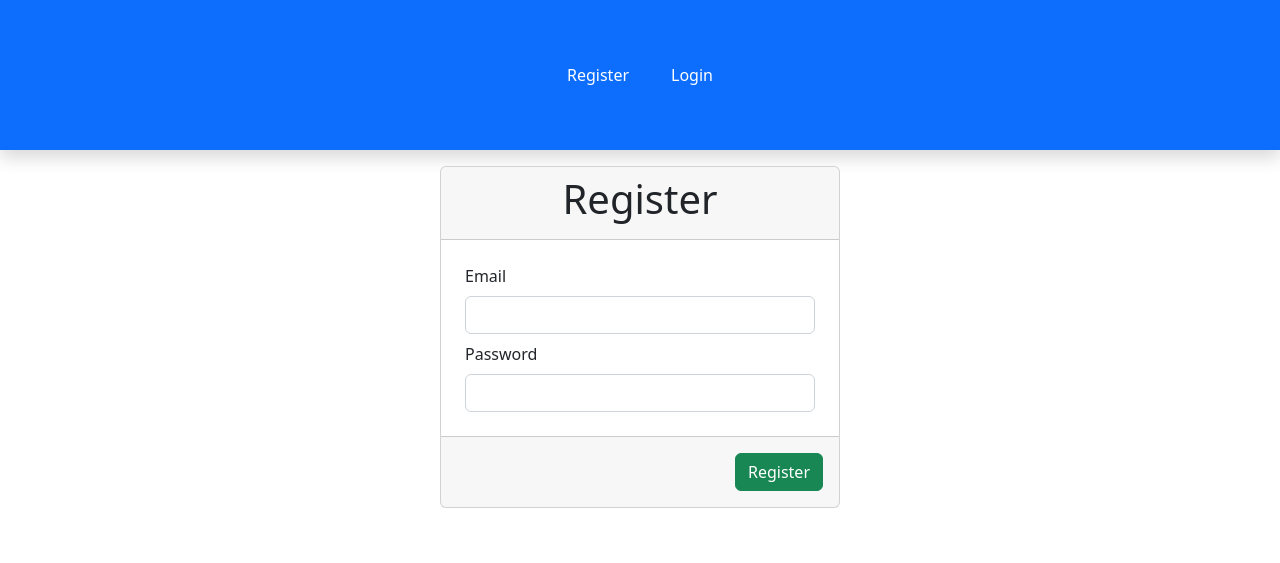
Repository: loveleii/firebase-login-logout
Page: /
The author's editor kept a copy of each file at every save. The page is drawn from the files as they stood at one save, then again after a run of saves.
The browser window is 1280 px wide. The pictures show the whole page.
The project was rebuilt for these pictures with package versions that can differ from the ones it lists, and the page was loaded fresh each time. Also part of the build but not shown: vite.config.ts, src/views/loginView.vue, src/assets/main.css.

Above is the page before, as saved 2023-03-04 19:44:06.

### src/main.js
import { createApp } from 'vue'
import { createPinia } from 'pinia'

import App from './App.vue'
import router from './router'
import "bootstrap/dist/css/bootstrap.min.css"
import bootstrap from "bootstrap/dist/js/bootstrap.bundle.js"

import './assets/main.css'

const app = createApp(App)

app.use(createPinia())
app.use(router)

app.mount('#app')

### src/App.vue
<script setup lang="ts">
import { RouterLink, RouterView } from 'vue-router'

</script>

<template>
  <div>
        <header class="bg-primary p-5 shadow">
            <div class="container_header">
                <div class="d-flex">
                    <RouterLink to="/" style="text-decoration: none;"><text class="text-white m-2 btn btn-primary">Register</text></RouterLink>
                    <RouterLink to="/login" style="text-decoration: none;"><text class="text-white m-2 btn btn-primary">Login</text></RouterLink>
                </div>
            </div>
        </header>
    </div>
    <div class="center_container m-3 rounded text-center">
      <RouterView />
    </div>

</template>

<style>
.container_header{
  display: grid;
  place-content: center;
}
.center_container{
  display: grid;
  place-content: center;
}

</style>

### src/router/index.js
import { createRouter, createWebHistory } from 'vue-router'
import registerView from '../views/registerView.vue'
import loginView from '../views/loginView.vue'

const router = createRouter({
  history: createWebHistory(import.meta.env.BASE_URL),
  routes: [
    {
      path: '/',
      name: 'reg',
      component: registerView
    },
    {
      path: '/login',
      name: 'log',
      component: loginView
    },

  ]
})

export default router

### src/views/registerView.vue
<template>
    <div class="card">
        <div class="card-header">
            <h1>Register</h1>
        </div>
        <div class="card-body float-left">
            <div class="form-group m-2">
                <label for="" class="form-label float-start">Email</label>
                <input type="text" name="" id="" class="form-control">
            </div>

            <div class="form-group m-2">
                <label for="" class="form-label float-start">Password</label>
                <input type="text" name="" id="" class="form-control">
            </div>

        </div>
        <div class="card-footer p-3">
            <div class="form-group float-end">
                <button class="btn btn-success">Register</button>
            </div>
        </div>
    </div>
</template>

<script>


</script>
<style>
.card{
    width: 400px;
}
</style>

Loaded but not shown: index.html (common file)

After the next 2 saves:
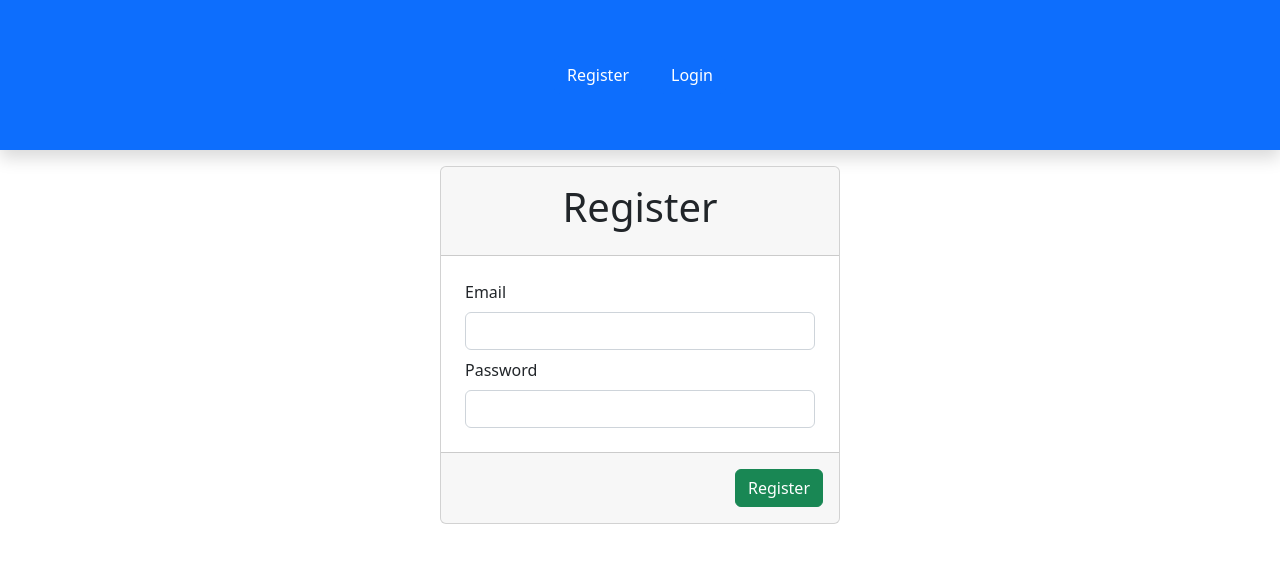
The 2 saves are shown as one change because they came seconds apart.
The last was saved 13 s later.
--- a/src/views/registerView.vue
+++ b/src/views/registerView.vue
@@ -1,6 +1,6 @@
 <template>
     <div class="card">
-        <div class="card-header">
+        <div class="card-header p-3">
             <h1>Register</h1>
         </div>
         <div class="card-body float-left">
